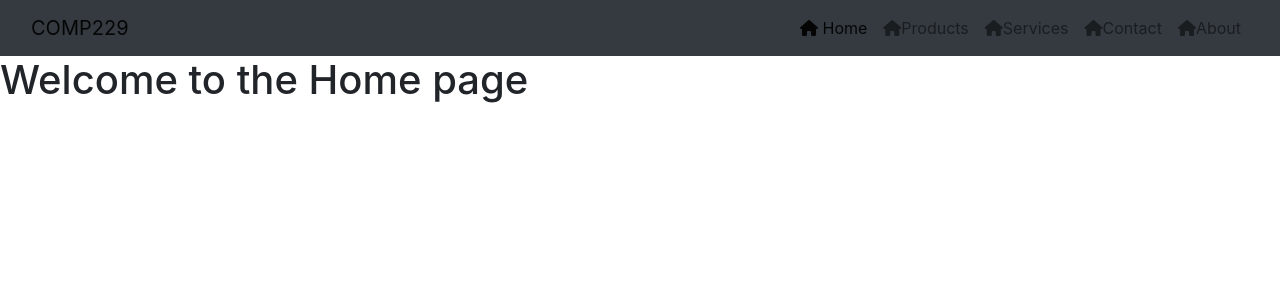
Repository: arsh16/week3_demo2
Page: http://localhost/
An editor plug-in stored every save of this project. The page is shown before and after the next save, followed by the edit.
The browser window is 1280 px wide. The pictures show the whole page.
Some web libraries are served in a nearby version. The page is served by the project's Node server (server.js).

Above is the page before, as saved 2021-09-30 11:35:48.

After the next save:
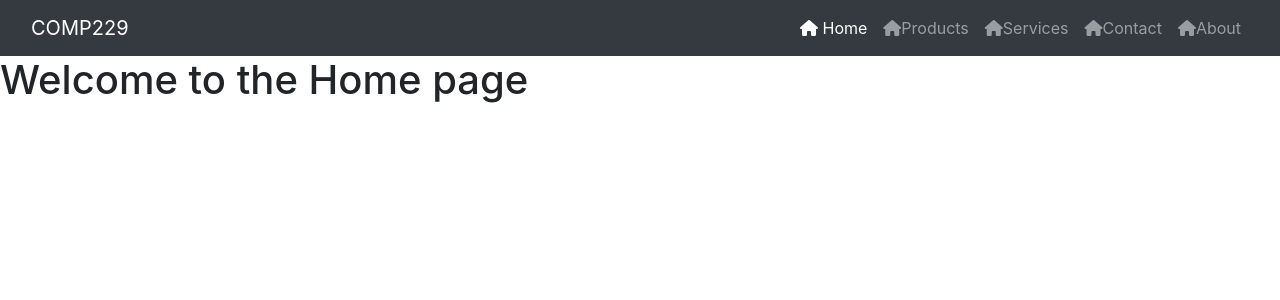
Saved 40 s later.
--- a/views/index.ejs
+++ b/views/index.ejs
@@ -24,7 +24,7 @@
 <body>
 
   <!--main nav-->
-  <nav class="navbar navbar-expand-lg navbar-light bg-dark" style="color: aliceblue;">
+  <nav class="navbar navbar-expand-lg navbar-dark bg-dark" style="color: aliceblue;">
     <div class="container-fluid">
       <a class="navbar-brand" href="/home">COMP229</a>
       <button class="navbar-toggler" type="button" data-bs-toggle="collapse" data-bs-target="#navbarSupportedContent" aria-controls="navbarSupportedContent" aria-expanded="false" aria-label="Toggle navigation">
